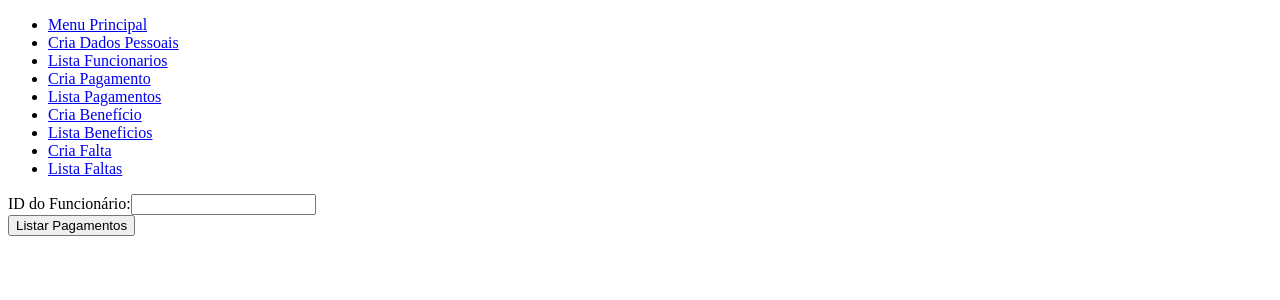
Repository: engcarlosrosa/big_data_proj
Page: rhcontroller/WebContent/lista_funcionario_pagamentos.html
An editor plug-in stored every save of this project. The page is shown before and after the next save, followed by the edit.
The browser window is 1280 px wide. The pictures show the whole page.

Above is the page before, as saved 2018-09-19 12:07:31.
Console error: TypeError: Cannot set properties of null (setting 'value')

### rhcontroller/WebContent/lista_funcionario_pagamentos.html
<!DOCTYPE html>
<html>
<head>
<meta charset="ISO-8859-1">
<title>Insert title here</title>
</head>
<body>
<ul>
  <li><a href="menu.html">Menu Principal</a></li>
  <li><a href="cria_dados_pessoais.html">Cria Dados Pessoais</a></li>
  <li><a href="lista_funcionarios.html">Lista Funcionarios</a></li>
  <li><a href="cria_pagamentos.html">Cria Pagamento</a></li>
  <li><a href="ServiceListaPagamentos">Lista Pagamentos</a></li>
  <li><a href="cria_beneficios.html">Cria Benefício</a></li>
  <li><a href="ServiceListaBeneficios">Lista Beneficios</a></li>
  <li><a href="cria_faltas.html">Cria Falta</a></li>
  <li><a href="ServiceListaFaltas">Lista Faltas</a></li>
</ul>
<form name="myForm" id="myForm" action="ServiceListaFuncionarioPagamentos" method="post">
 	ID do Funcionário:<input name="id_funcionario" type="text" id="id">
 	<br>
    <input type="submit" value="Listar Pagamentos">
</form>
<script type="text/javascript">
var hashParams = window.location.hash.substr(1).split('&'); // substr(1) to remove the `#`
for(var i = 0; i < hashParams.length; i++){
    var p = hashParams[i].split('=');
    document.getElementById(p[0]).value = decodeURIComponent(p[1]);;
}
document.getElementById('myForm').submit();
</script>
</body>
</html>

After the next save:
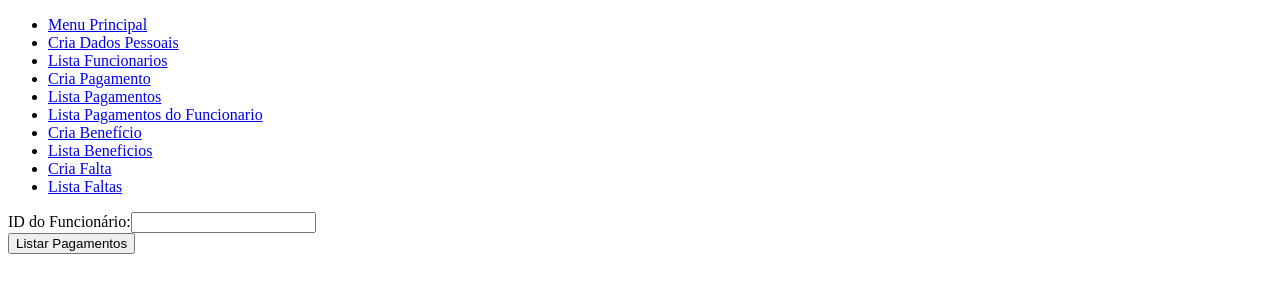
Saved 103 s later.
--- a/rhcontroller/WebContent/lista_funcionario_pagamentos.html
+++ b/rhcontroller/WebContent/lista_funcionario_pagamentos.html
@@ -11,6 +11,7 @@
   <li><a href="lista_funcionarios.html">Lista Funcionarios</a></li>
   <li><a href="cria_pagamentos.html">Cria Pagamento</a></li>
   <li><a href="ServiceListaPagamentos">Lista Pagamentos</a></li>
+  <li><a href="lista_funcionario_pagamentos.html">Lista Pagamentos do Funcionario</a></li>
   <li><a href="cria_beneficios.html">Cria Benefício</a></li>
   <li><a href="ServiceListaBeneficios">Lista Beneficios</a></li>
   <li><a href="cria_faltas.html">Cria Falta</a></li>
